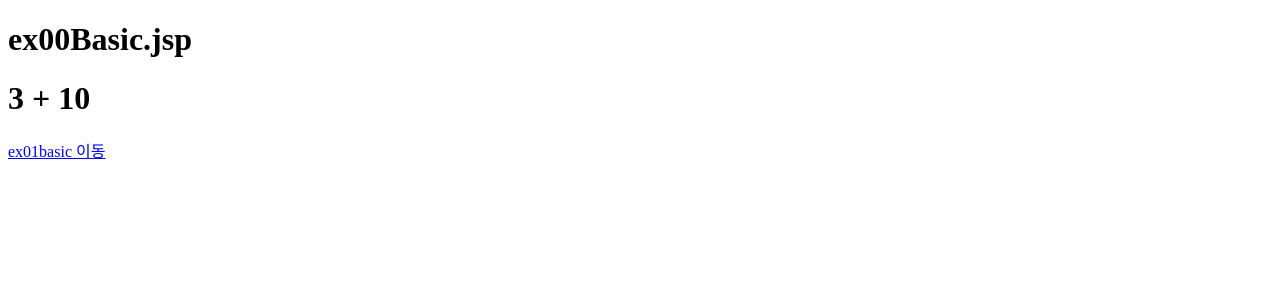
Repository: pyeonm30/PYMjspWorkspace
Page: http://localhost/basicJSP/ex00basic.jsp
The author's editor kept a copy of each file at every save. The page is drawn from the files as they stood at one save, then again after the next save.
The browser window is 1280 px wide. The pictures show the whole page.
The page is served by Tomcat 9. Other server files are loaded and not shown.

Above is the page before, as saved 2024-01-29 08:08:15.

### basicJSP/src/main/webapp/ex00basic.jsp
<%@ page language="java" contentType="text/html; charset=UTF-8"
    pageEncoding="UTF-8"%>
<!DOCTYPE html>
<html>
<head>
<meta charset="UTF-8">
<title>Insert title here</title>
</head>
<body>
<h1> ex00Basic.jsp</h1>
<h1> 3 + 10 </h1>
<a href="./ex01basic.html"> ex01basic 이동 </a>
</body>
</html>

After the next save:
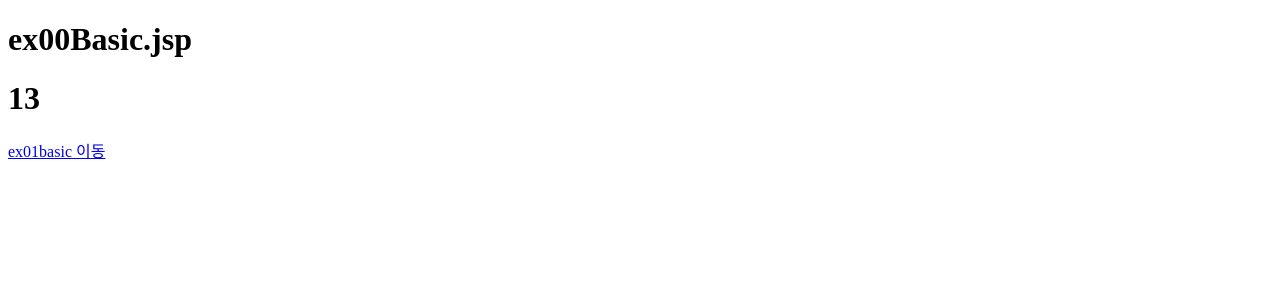
Saved 37 s later.
--- a/basicJSP/src/main/webapp/ex00basic.jsp
+++ b/basicJSP/src/main/webapp/ex00basic.jsp
@@ -8,7 +8,12 @@
 </head>
 <body>
 <h1> ex00Basic.jsp</h1>
-<h1> 3 + 10 </h1>
+
+<%
+   int num = 3 + 10;
+%>
+
+<h1> <%= num %> </h1>
 <a href="./ex01basic.html"> ex01basic 이동 </a>
 </body>
 </html>
